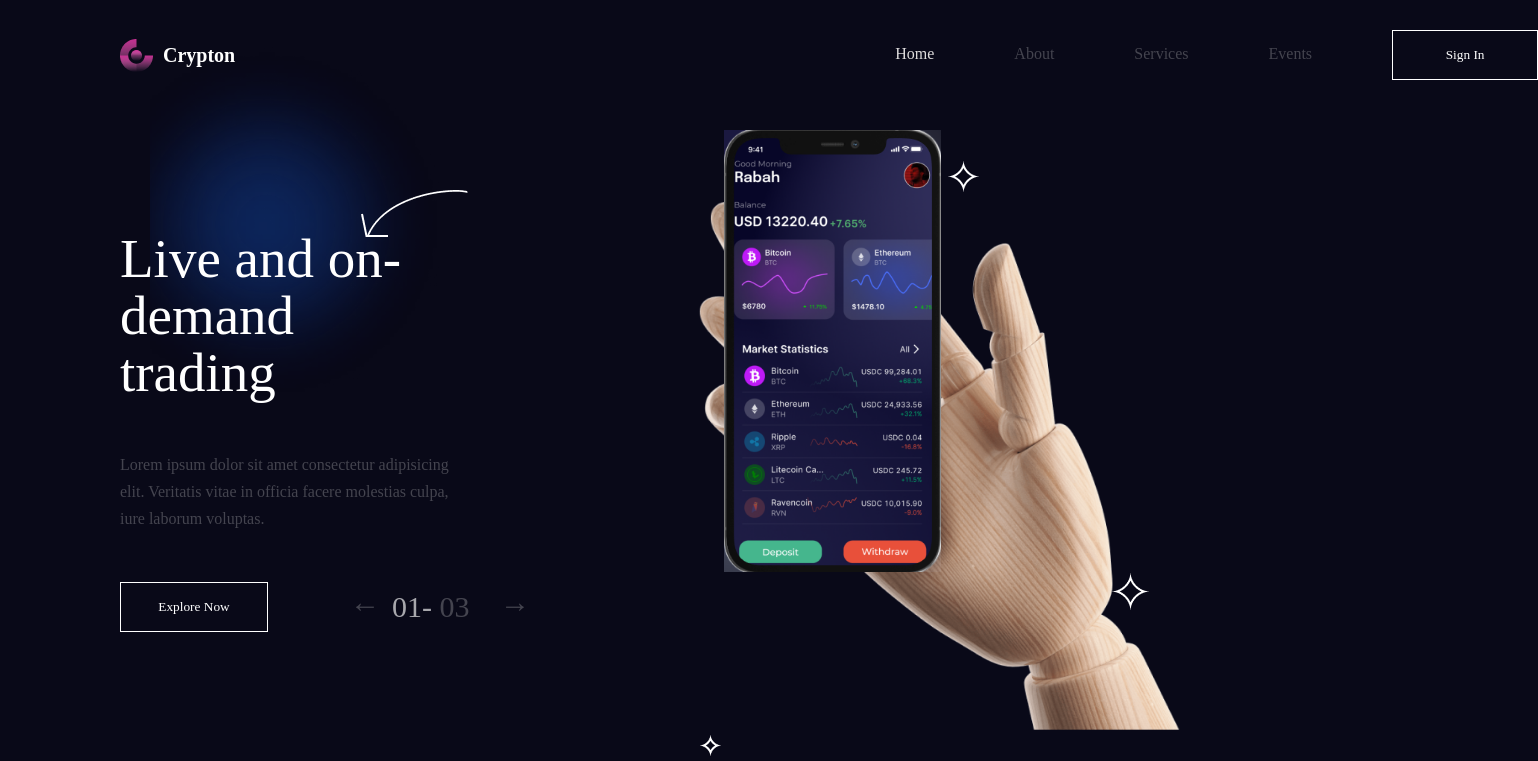
Repository: isaacCodes1/Crypton-Website
Page: index.html
The author's editor kept a copy of each file at every save. The page is drawn from the files as they stood at one save, then again after the next save.
The browser window is 1280 px wide. The page is 1538 px wide, so the pictures cover 1538 px, including what lies to the right of the window. The pictures show the whole page.

Above is the page before, as saved 2024-05-14 21:14:54.

After the next save:
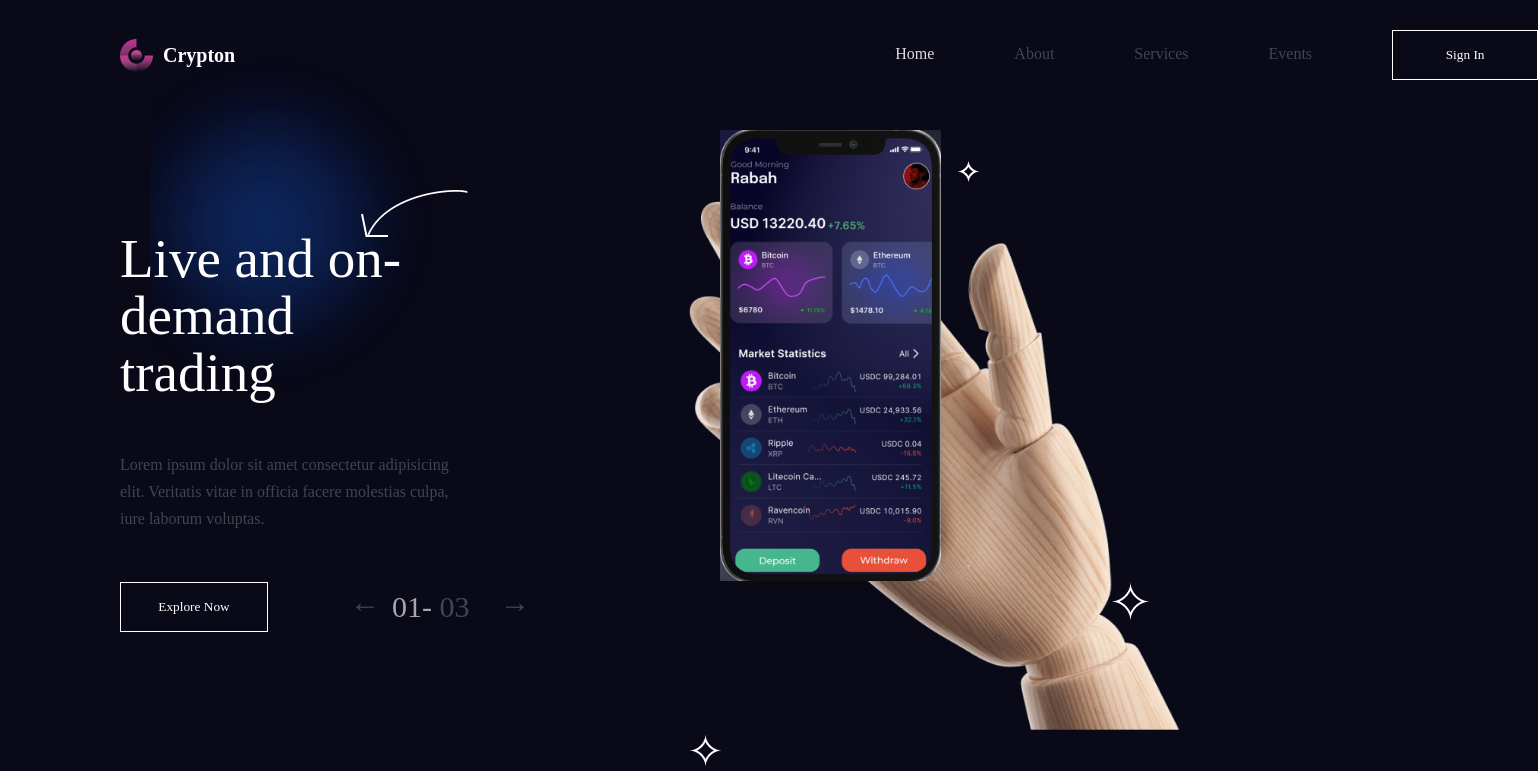
Saved 29 s later.
--- a/style.css
+++ b/style.css
@@ -152,7 +152,7 @@ body{
     right: 30px;
     bottom: 150px;
 }
-.six{
+.eight{
     position: absolute;
     right: 200px;
     top: -30px;
